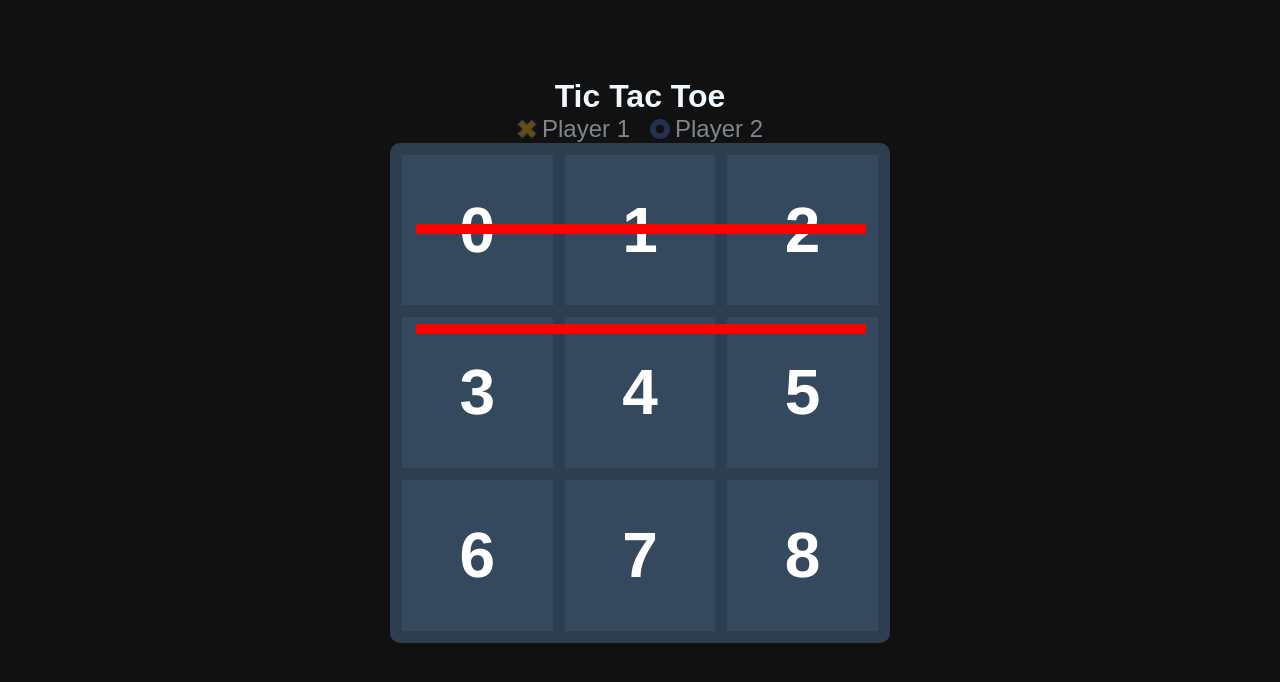
Repository: richardlieknis/tictactoe
Page: index.html
These files come from the project's save history. The page is drawn as it stood at one moment and after the next save; the edit follows.
The browser window is 1280 px wide. The pictures show the whole page.

Above is the page before, as saved 2022-12-08 14:32:44.

After the next save:
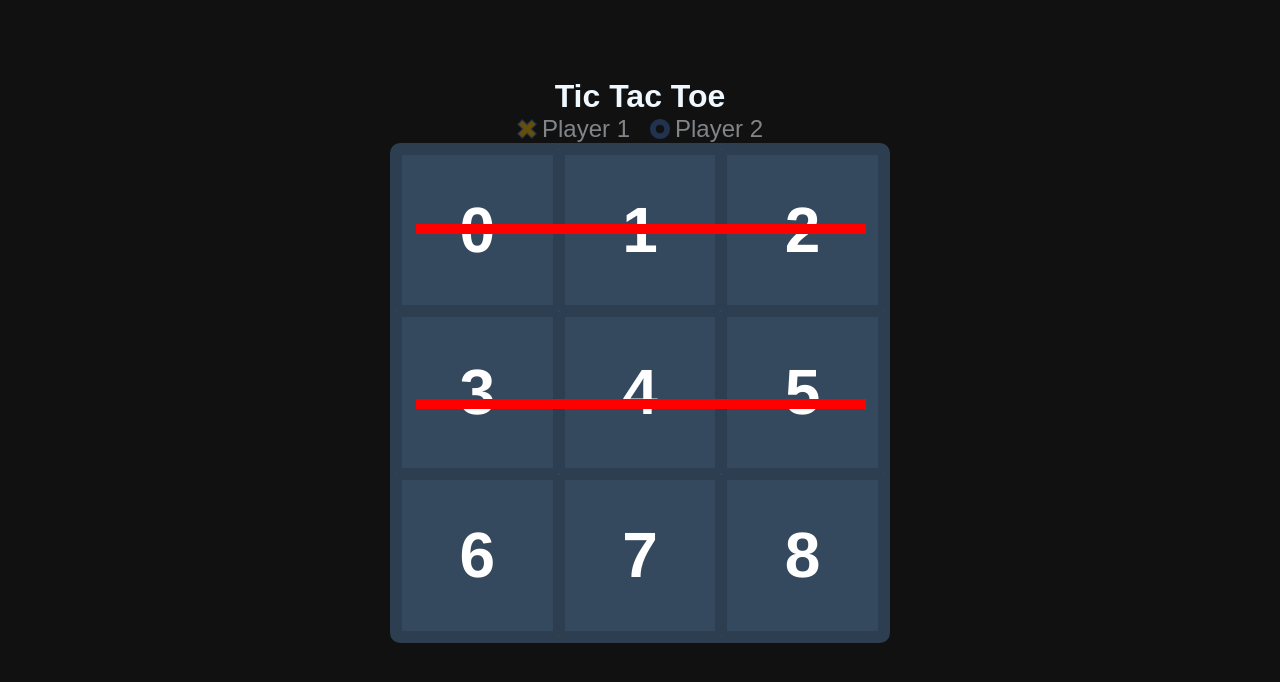
Saved 10 s later.
--- a/index.html
+++ b/index.html
@@ -35,7 +35,7 @@
             <div class="box" id="8" onclick="playerPlace(8)">8</div>
             <div class="lines">
                 <div class="line" style="top: 75px; left: 20px"></div>
-                <div class="line" style="top: 175px; left: 20px"></div>
+                <div class="line" style="top: 250px; left: 20px"></div>
                 <div class="line" style="top: 75px; left: 20px"></div>
                 <div class="line" style="top: 75px; left: 20px"></div>
                 <div class="line" style="top: 75px; left: 20px"></div>
